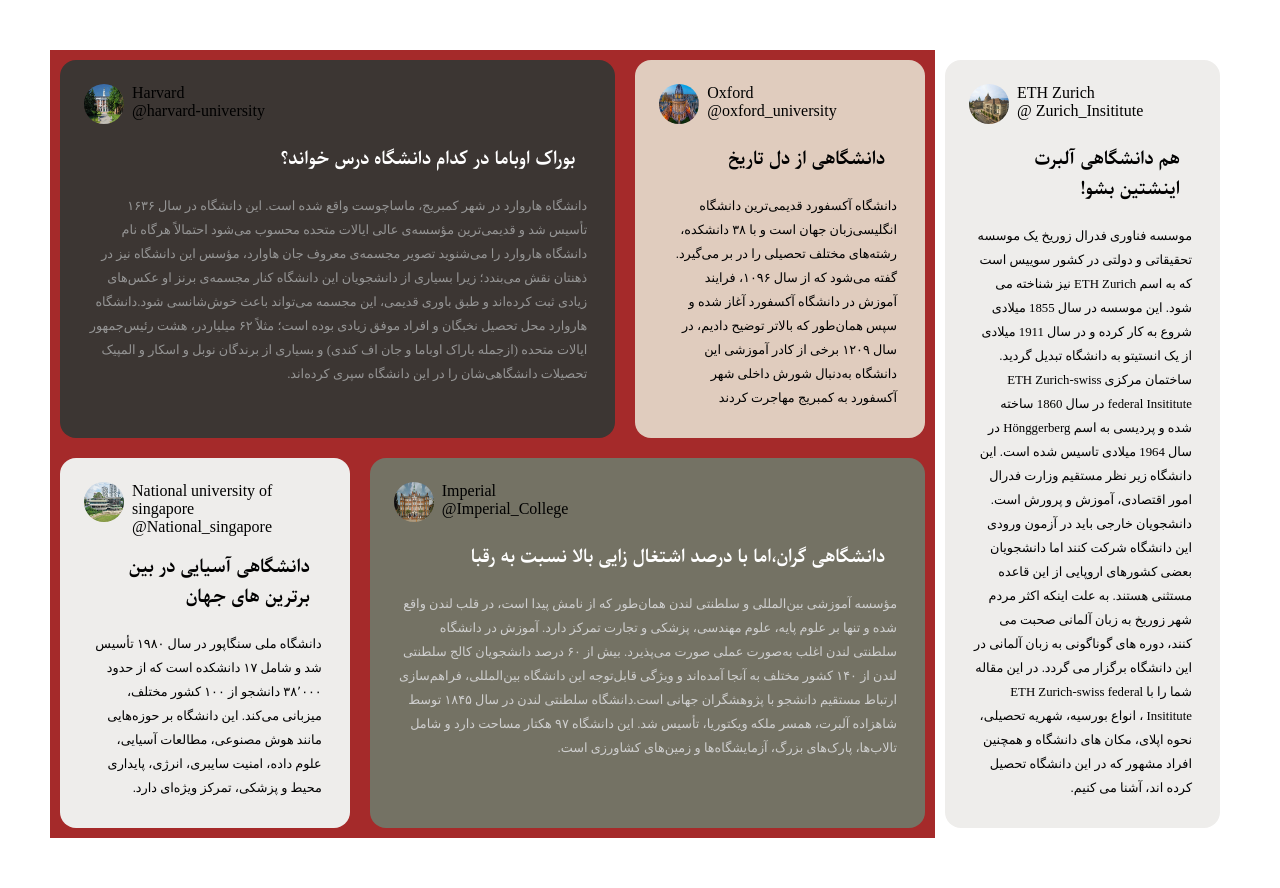
Repository: rahanwz/cards
Page: cards.html
These files come from the project's save history. The page is drawn as it stood at one moment and after the next save; the edit follows.
The browser window is 1280 px wide. The pictures show the whole page.

Above is the page before, as saved 2024-02-17 16:01:50.

After the next save:
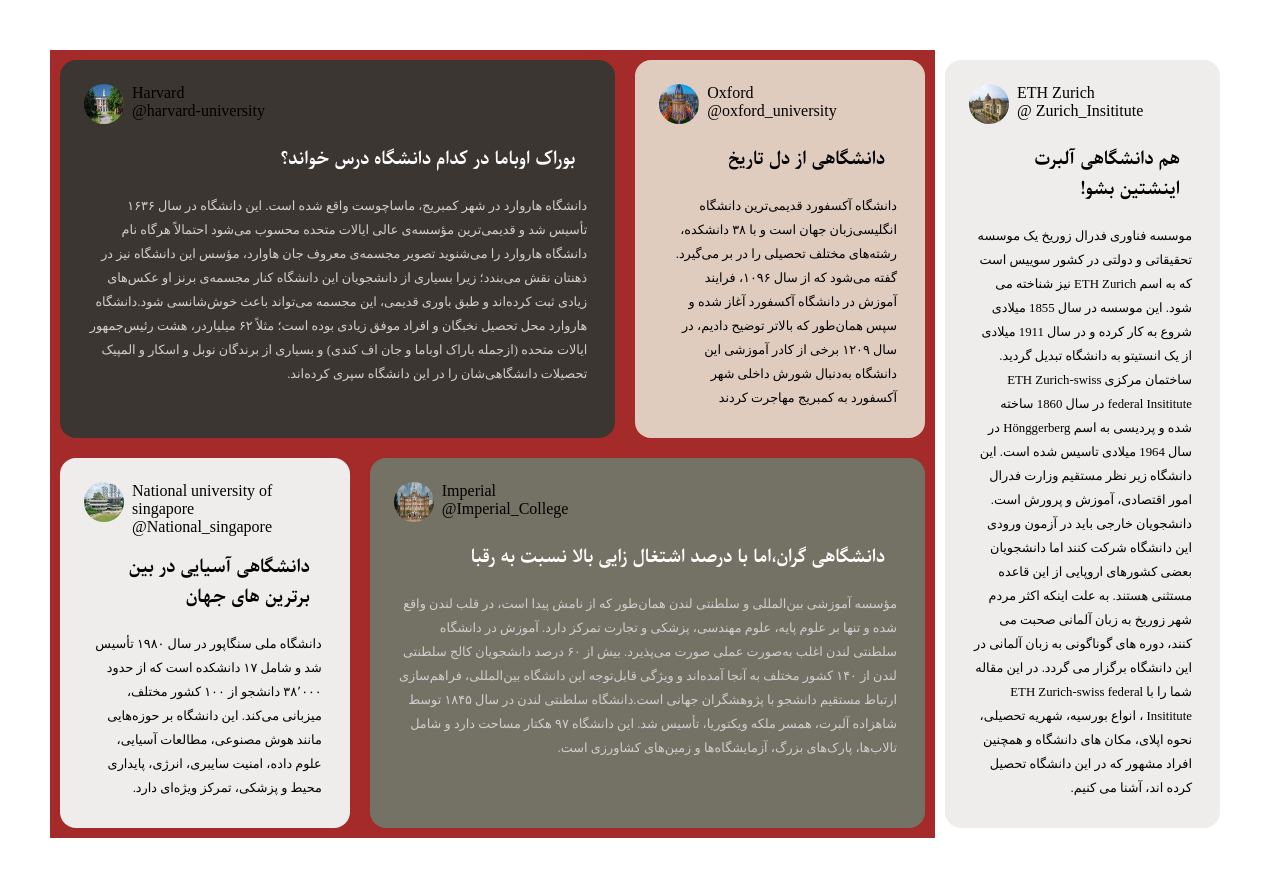
Saved 31 s later.
--- a/cards.html
+++ b/cards.html
@@ -27,7 +27,7 @@
               </div>
             </div>
             <div class="descrip1" style="color: #ffffff;">بوراک اوباما در کدام دانشگاه درس خواند؟</div>
-            <div class="descrip2" style=" color: #959595;">
+            <div class="descrip2" style=" color: #d0d0d0;">
               دانشگاه هاروارد در شهر کمبریج، ماساچوست واقع شده است. این دانشگاه
               در سال ۱۶۳۶ تأسیس شد و قدیمی‌ترین مؤسسه‌ی عالی ایالات متحده محسوب
               می‌شود احتمالاً هرگاه نام دانشگاه هاروارد را می‌شنوید تصویر
